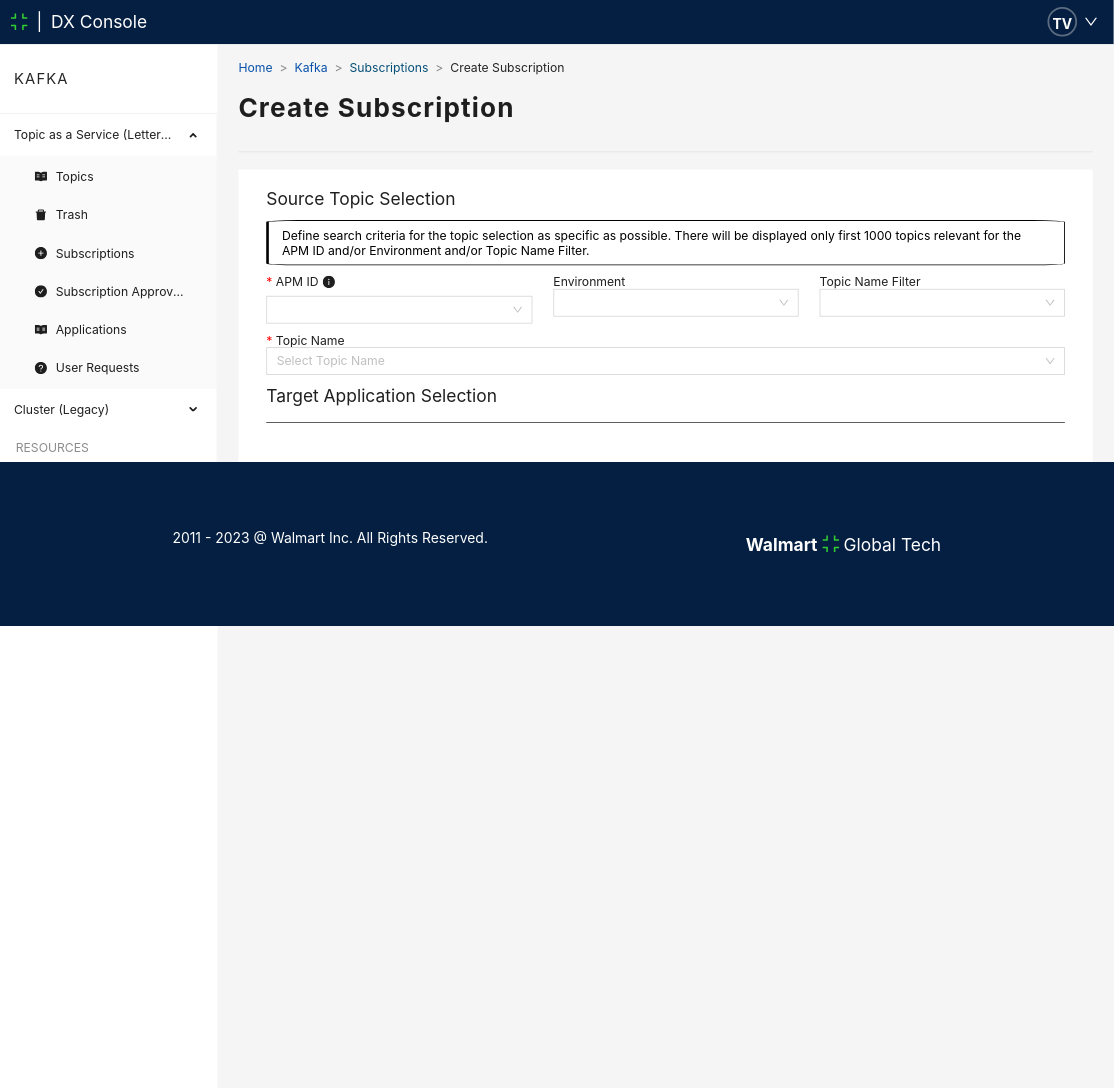
Repository: Qianying-Chai/kafka
Page: /kafka/subscriptions_active_tab=nonProxy/create-non-proxy
An editor plug-in stored every save of this project. The page is shown before and after the next save, followed by the edit.
The browser window is 1280 px wide. The pictures show the whole page, at 87% of full size.
The project was rebuilt for these pictures with package versions that can differ from the ones it lists, and the page was loaded fresh each time. Also part of the build but not shown: src/pages/Components/ComponentsTable.jsx, src/pages/Components/ComponentsInput.jsx, src/pages/Components/ComponentsPagination.jsx, src/pages/Taas/Topics/Topics.jsx, src/pages/Taas/Topics/CreateTopics/Form/DetailsForm.jsx, src/pages/Taas/Topics/CreateTopics/CreateTopic.jsx, src/pages/Taas/Trash/Style/Trash.css, src/pages/Taas/Trash/Trash.jsx and 12 more.

Above is the page before, as saved 2024-01-15 19:56:55.

### src/index.js
import React from "react";
import ReactDOM from "react-dom/client";
import App from "./App";
import { BrowserRouter } from "react-router-dom";
import { Provider } from "react-redux";
import store from "../src/redux/store";
import "./style/index.css";

const root = ReactDOM.createRoot(document.getElementById("root"));
root.render(
  <Provider store={store}>
    <BrowserRouter>
      <App />
    </BrowserRouter>
  </Provider>
);

### src/redux/store.jsx
import { configureStore } from "@reduxjs/toolkit";
import reducer from "./reducer";
const store = configureStore({ reducer: reducer });
export default store;

### src/pages/common/Header.jsx
import React from "react";
import "./Style/Header.css";
import { CompressOutlined, UpOutlined, DownOutlined } from "@ant-design/icons";
import { Layout } from "antd";
import { useState } from "react";
const Header = () => {
  const [login, setLogin] = useState(true);

  return (
    <Layout>
      <Layout.Header className="header">
        <div className="header-content-left">
          <CompressOutlined className="header-left-icon" />
          <span className="header-left-divider">|</span>
          <span className="header-left-dx-console">DX Console </span>
        </div>
        <div className="header-content-right">
          <div className="user">
            <div className="user-icon">TV</div>
            {login ? (
              <DownOutlined
                className="login-button"
                onClick={() => {
                  setLogin((state) => !state);
                }}
              />
            ) : (
              <UpOutlined
                className="logout-button"
                onClick={() => {
                  setLogin((state) => !state);
                }}
              />
            )}
          </div>
          <div
            className="logout-pop-up"
            style={{
              display: login ? "none" : "block",
            }}
          >
            LOGOUT
          </div>
        </div>
      </Layout.Header>
    </Layout>
  );
};
export default Header;

### src/pages/common/Sider.jsx
import React from "react";
import { Link } from "react-router-dom";
import "./Style/Sider.css";
import {
  ReadFilled,
  DeleteFilled,
  PlusCircleFilled,
  CheckCircleFilled,
  QuestionCircleFilled,
  HddFilled,
  SettingFilled,
} from "@ant-design/icons";
import { Layout, Menu, theme, ConfigProvider } from "antd";
import categoryConstants from "./categoryConstants";

const Sider = () => {
  const {
    token: { colorBgContainer },
  } = theme.useToken();

  const items = [
    {
      key: "Topic as a Service (Lettera)",
      label: "Topic as a Service (Lettera)",
      children: [
        {
          key: "Topics",
          label: (
            <Link to={`kafka/${categoryConstants.TOPICS.toLowerCase()}`}>
              {categoryConstants.TOPICS}
            </Link>
          ),
          icon: React.createElement(ReadFilled),
        },
        {
          key: "Trash",
          label: (
            <Link to={`kafka/${categoryConstants.TRASH.toLowerCase()}`}>
              {categoryConstants.TRASH}
            </Link>
          ),
          icon: React.createElement(DeleteFilled),
        },
        {
          key: "Subscriptions",
          label: (
            <Link
              to={`kafka/${categoryConstants.SUBSCRIPTIONS.toLowerCase()}_active_tab=nonProxy`}
            >
              {categoryConstants.SUBSCRIPTIONS}
            </Link>
          ),
          icon: React.createElement(PlusCircleFilled),
        },
        {
          key: "Subscription Approvals",
          label: (
            <Link to={`kafka/subscriptionRequests`}>
              {categoryConstants.SUBSCRIPTIONS_APPROVALS.replace("_", " ")}
            </Link>
          ),
          icon: React.createElement(CheckCircleFilled),
        },
        {
          key: "Applications",
          label: (
            <Link to={`kafka/${categoryConstants.APPLICATIONS.toLowerCase()}`}>
              {categoryConstants.APPLICATIONS}
            </Link>
          ),
          icon: React.createElement(ReadFilled),
        },
        {
          key: "User Requests",
          label: (
            <Link to={`kafka/requests`}>
              {categoryConstants.USER_REQUESTS.replace("_", " ")}
            </Link>
          ),
          icon: React.createElement(QuestionCircleFilled),
        },
      ],
    },
    {
      label: <div>Cluster (Legacy)</div>,
      key: "Cluster (Legacy)",
      children: [
        {
          key: "Clusters",
          label: (
            <Link to={`kafka/${categoryConstants.CLUSTERS.toLowerCase()}`}>
              {categoryConstants.CLUSTERS}
            </Link>
          ),
          icon: React.createElement(HddFilled),
        },
        {
          key: "Migrated Clusters",
          label: (
            <Link to={`kafka/migrated-clusters`}>
              {categoryConstants.MIGRATED_CLUSTERS.replace("_", " ")}
            </Link>
          ),
          icon: React.createElement(HddFilled),
        },
        {
          key: "Subscription",
          label: (
            <Link to={`kafka/mps-clusters-subscriptions`}>
              {categoryConstants.SUBSCRIPTION}
            </Link>
          ),
          icon: React.createElement(PlusCircleFilled),
        },
        {
          key: "User Requests (Legacy)",
          label: (
            <Link to={`kafka/legacy-requests`}>User Requests (Legacy)</Link>
          ),
          icon: React.createElement(QuestionCircleFilled),
        },
      ],
    },
    {
      label: <div>RESOURCES</div>,
      type: "group",
      key: "RESOURCES",
      children: [
        {
          key: "Supprot",
          label: (
            <Link to={`kafka/${categoryConstants.SUPPORT.toLowerCase()}`}>
              {categoryConstants.SUPPORT}
            </Link>
          ),
          icon: React.createElement(SettingFilled),
        },
      ],
    },
  ];

  return (
    <ConfigProvider
      theme={{
        components: {
          Menu: {
            itemHoverBg: "",
            itemHoverColor: "#1890ff",
            padding: 30,
          },
          Tabs: {
            inkBarColor: "rgb(4, 31, 65)",
          },
        },
      }}
    >
      <Layout.Sider
        className="sider"
        width={"250px"}
        style={{
          background: colorBgContainer,
        }}
      >
        <div className="slider-top">
          <span className="slider-top-content">KAFKA</span>
        </div>
        <div
          style={{
            marginLeft: "-12px",
          }}
        >
          <div></div>
          <Menu
            mode="inline"
            items={items}
            defaultOpenKeys={["Topic as a Service (Lettera)", "RESOURCES"]}
            style={{
              color: "#041f41",
            }}
          />
        </div>
      </Layout.Sider>
    </ConfigProvider>
  );
};
export default Sider;

### src/pages/common/categoryConstants.jsx
const categoryConstants = {
  TOPICS: "Topics",
  TRASH: "Trash",
  SUBSCRIPTIONS: "Subscriptions",
  SUBSCRIPTIONS_APPROVALS: "Subscription Approvals",
  APPLICATIONS: "Applications",
  USER_REQUESTS: "User Requests",
  CLUSTERS: "Clusters",
  MIGRATED_CLUSTERS: "Migrated Clusters",
  SUBSCRIPTION: "Subscription",
  USERE_REQUESTS_LEGACY: "User Requests (Legacy)",
  SUPPORT: "Support",
  CREATE_TOPIC: "Create Topic",
  CREATE_SUBSCRIPTION: "Create Subscription",
};

export default categoryConstants;

### src/pages/Taas/Subscriptions/SubscriptionsNonProxy/CreateSubscriptions/CreateSubscriptionsNonProxy.jsx
import React from "react";
import ComponentsBreadcrumb from "../../../../Components/ComponentsBreadcrumb";
import ComponentsContent from "../../../../Components/ComponentsContent";
import ComponentsDivider from "../../../../Components/ComponentsDivider";
import ComponentsTitle from "../../../../Components/ComponentsTitle";
import categoryConstants from "../../../../common/categoryConstants";
import SourceTopicFormNonProxy from "./Form/SourceTopicFormNonProxy";
import "../../Style/CreateSubscriptionNonproxy.css";
import { Typography } from "antd";
const { Title } = Typography;

const CreateSubscriptionsNonProxy = () => {
  return (
    <>
      <div>
        <ComponentsBreadcrumb
          items={[
            {
              title: "Home",
            },
            {
              title: "Kafka",
            },
            {
              title: categoryConstants.SUBSCRIPTIONS,
              href: `/kafka/${categoryConstants.SUBSCRIPTIONS.toLowerCase()}_active_tab=nonProxy`,
            },
            {
              title: categoryConstants.CREATE_SUBSCRIPTION,
            },
          ]}
        />
        <div className="content-banner">
          <ComponentsTitle title={categoryConstants.CREATE_SUBSCRIPTION} />
        </div>
      </div>
      <ComponentsContent>
        <Title level={4} style={{ fontWeight: "normal" }}>
          Source Topic Selection
        </Title>

        <div className="bordered-content">
          Define search criteria for the topic selection as specific as
          possible. There will be displayed only first 1000 topics relevant for
          the APM ID and/or Environment and/or Topic Name Filter.
        </div>
        <SourceTopicFormNonProxy />
        <Title level={4} style={{ fontWeight: "normal" }}>
          Target Application Selection
        </Title>
        {/* <TargetApplicationSelectionForm /> */}
        <ComponentsDivider />
        <div className="buttons-wrapper">
          {/* <CancelButton />
        <SubmitButton disabled /> */}
        </div>
      </ComponentsContent>
    </>
  );
};
export default CreateSubscriptionsNonProxy;

### src/pages/common/Footer.jsx
import React from "react";
import { Layout } from "antd";
import { CompressOutlined } from "@ant-design/icons";
import "./Style/Footer.css";

const Footer = () => {
  return (
    <Layout.Footer className="footer">
      <div className="footer-text-left">
        2011 - 2023 @ Walmart Inc. All Rights Reserved.
      </div>
      <div className="footer-text-right">
        <span className="footer-text-right-walmart">Walmart</span>
        <CompressOutlined className="footer-icon" />
        <span className="footer-text-right-global-tech">Global Tech</span>
      </div>
    </Layout.Footer>
  );
};

export default Footer;

### src/redux/reducer.jsx
import { SET_PATH_NAME, SET_SELECTED_TAAS_SUBSCRIPTIONS } from "./constants";
const initialState = {
  pathName: "",
  selectedTaasSubscriptions: "nonProxy",
};
const reducer = (state = initialState, action) => {
  const { type, payload } = action;
  switch (type) {
    case SET_PATH_NAME:
      return { ...state, pathName: payload };
    case SET_SELECTED_TAAS_SUBSCRIPTIONS:
      return { ...state, selectedTaasSubscriptions: payload };
    default:
      return state;
  }
};

export default reducer;

### src/pages/common/Style/Header.css
.header {
  justify-content: space-between;
  padding: 0 12px;
  background-color: rgb(4, 31, 65);
  height: 51px;
  line-height: 51px;
  color: #ffffff;
}

.header,
.user {
  display: flex;
}

.header-content-left {
  font-size: 20px;
}

.header-left-icon {
  color: #32cd32;
}

.header-left-divider {
  margin: 0 10px;
}

.header-content-right {
  font-weight: bolder;
  flex-direction: column;
  font-size: 1rem;
  width: 76px;
  padding-left: 12px;
}

.user {
  margin: 8px 0px;
}
.user-icon {
  height: 34px;
  line-height: 34px;
  width: 34px;
  border-radius: 50%;
  text-align: center;
}
.user-icon,
.logout-pop-up {
  border: 2px solid rgba(225, 225, 225, 0.4);
}

.login-button,
.logout-button {
  padding-left: 8px;
}

.logout-pop-up {
  transition: all 10s ease-out;
  width: 100px;
  height: 60px;
  line-height: 60px;
  position: absolute;
  right: 0px;
  z-index: 999;
  font-size: 15px;
  letter-spacing: 1pt;
  text-align: center;
  justify-content: center;
  color: rgb(94, 91, 91);
  box-shadow: 0px 0px 4px 4px rgba(176, 174, 174, 0.4);
}

### src/pages/common/Style/Sider.css
.sider {
  min-height: 1200px;
}

.slider-top {
  height: 80px;
  border-bottom: 1px solid rgb(239, 239, 239);
}
.slider-top-content {
  height: 100%;
  display: flex;
  align-items: center;
  margin-left: 16px;
  letter-spacing: 1pt;
  font-size: 17px;
  color: #000000d9;
}

### src/pages/Components/ComponentsContent.jsx
import React from "react";
import "../common/Style/Content.css";
import { Layout, theme } from "antd";

const ComponentsContent = (props) => {
  const {
    token: { colorBgContainer },
  } = theme.useToken();

  return (
    <div>
      <Layout.Content
        style={{
          padding: "20px 32px 32px",
          minHeight: 280,
          background: colorBgContainer,
        }}
        {...props}
      ></Layout.Content>
    </div>
  );
};
export default ComponentsContent;

### src/pages/Components/ComponentsBreadcrumb.jsx
import React from "react";
import { Breadcrumb, ConfigProvider } from "antd";

const ComponentsBreadcrumb = (props) => {
  return (
    <ConfigProvider
      theme={{
        components: {
          Breadcrumb: {
            lastItemColor: "#000000D9",
            linkColor: "#075179",
            itemColor: "#0751A9",
            linkHoverColor: "#F5F5F5",
          },
          token: {
            colorBgTextHover: "#F5F5F5",
          },
        },
      }}
    >
      <div>
        <Breadcrumb
          style={{
            margin: "16px 0",
          }}
          separator=">"
          items={props.items}
        ></Breadcrumb>
      </div>
    </ConfigProvider>
  );
};
export default ComponentsBreadcrumb;

### src/pages/Components/ComponentsTitle.jsx
import React from "react";
import { Typography, ConfigProvider } from "antd";
const { Title } = Typography;

const ComponentsTitle = (props) => {
  return (
    <>
      <ConfigProvider
        theme={{
          components: {
            token: {
              colorText: "#041E42",
            },
          },
        }}
      >
        <Title level={2} style={{ fontWeight: "bold" }}>
          {props.title}
        </Title>
      </ConfigProvider>
    </>
  );
};

export default ComponentsTitle;

### src/pages/Components/ComponentsDivider.jsx
import React from "react";
import { Divider, ConfigProvider } from "antd";
const ComponentsDivider = () => (
  <ConfigProvider
    theme={{
      token: {
        colorSplit: "rgba(0, 0, 0, 0.85)",
        marginLG: 16,
      },
    }}
  >
    {" "}
    <Divider />
  </ConfigProvider>
);
export default ComponentsDivider;

### src/pages/Taas/Topics/Style/CreateTopic.css
.buttons-wrapper {
  display: flex;
  justify-content: flex-end;
}

.cancel-button,
.submit-button {
  letter-spacing: 1pt;
}
.cancel-button {
  margin-right: 10px;
}

### src/pages/Taas/Subscriptions/SubscriptionsNonProxy/CreateSubscriptions/Form/SourceTopicFormNonProxy.jsx
import React, { useMemo, useState, useRef } from "react";
import debounce from "lodash/debounce";
import { Col, Row, ConfigProvider, Select, Spin } from "antd";
import SelectTitle from "../../../../../Components/SelectTitle";
const SourceTopicFormNonProxy = () => {
  function DebounceSelect({ fetchOptions, debounceTimeout = 800, ...props }) {
    const [fetching, setFetching] = useState(false);
    const [options, setOptions] = useState([]);
    const fetchRef = useRef(0);
    const debounceFetcher = useMemo(() => {
      const loadOptions = (value) => {
        fetchRef.current += 1;
        const fetchId = fetchRef.current;
        setOptions([]);
        setFetching(true);
        fetchOptions(value).then((newOptions) => {
          if (fetchId !== fetchRef.current) {
            // for fetch callback order
            return;
          }
          setOptions(newOptions);
          setFetching(false);
        });
      };
      return debounce(loadOptions, debounceTimeout);
    }, [fetchOptions, debounceTimeout]);
    return (
      <Select
        labelInValue
        filterOption={false}
        onSearch={debounceFetcher}
        notFoundContent={fetching ? <Spin size="small" /> : null}
        {...props}
        options={options}
      />
    );
  }

  const [value, setValue] = useState([]);

  async function fetchUserList(username) {
    console.log("fetching user", username);
    return fetch("https://randomuser.me/api/?results=5")
      .then((response) => response.json())
      .then((body) =>
        body.results.map((user) => ({
          label: `${user.name.first} ${user.name.last}`,
          value: user.login.username,
        }))
      );
  }
  const handleChange = (value) => {
    console.log(`selected ${value}`);
  };

  return (
    <ConfigProvider
      theme={{
        token: {
          borderRadius: 0,
        },
      }}
    >
      <Row style={{ display: "flex", flexFlow: "nowrap" }}>
        <Col
          span={8}
          style={{
            marginRight: "12px",
          }}
        >
          <SelectTitle title={"APM ID"} />
          <DebounceSelect
            className="select"
            mode="multiple"
            value={value}
            fetchOptions={fetchUserList}
            onChange={(newValue) => {
              setValue(newValue);
            }}
            style={{
              width: "100%",
              margin: "0 0 10px",
            }}
          />
        </Col>
        <Col
          span={8}
          style={{
            padding: "0 12px",
          }}
        >
          <div className="select-title">Environment</div>
          <DebounceSelect
            className="select"
            mode="multiple"
            value={value}
            fetchOptions={fetchUserList}
            onChange={(newValue) => {
              setValue(newValue);
            }}
          />
        </Col>
        <Col
          span={8}
          style={{
            padding: "0 12px",
          }}
        >
          <div className="select-title">Topic Name Filter</div>
          <Select
            mode="tags"
            className="select"
            onChange={handleChange}
            showSearch={false}
          />
        </Col>
      </Row>
      <Row>
        <Col
          span={24}
          style={{
            marginRight: "12px",
          }}
        >
          <div className="select-title">
            <span className="prefix">*</span>Topic Name
          </div>
          <DebounceSelect
            mode="multiple"
            value={value}
            placeholder="Select Topic Name"
            fetchOptions={fetchUserList}
            onChange={(newValue) => {
              setValue(newValue);
            }}
            className="select"
          />
        </Col>
      </Row>
    </ConfigProvider>
  );
};

export default SourceTopicFormNonProxy;

### src/pages/Taas/Subscriptions/Style/CreateSubscriptionNonproxy.css
.content-title {
  margin-bottom: 10px;
  font-size: 16px;
}

.bordered-content {
  border: 1px solid black;
  border-left: 3px solid black;
  padding: 8px 15px;
  margin: 10px 0px;
  border-radius: 4%;
  color: #000000;
}

### src/pages/common/Style/Footer.css
.footer {
  text-emphasis-style: center;
  background-color: #041f41;
  color: white;
  display: flex;
  justify-content: space-around;
  height: 189px;
  align-items: center;
  width: 100%;
  position: fixed;
  bottom: 0;
}

.footer-icon {
  font-size: 20px;
  color: #32cd32;
}

.footer-text-left {
  font-size: 16px;
  margin-bottom: 16px;
}

.footer-text-right {
  font-size: 20px;
}

.footer-text-right-walmart {
  font-weight: bold;
  padding-right: 5px;
}

.footer-text-right-global-tech {
  padding-left: 5px;
}

### src/redux/constants.jsx
const SET_PATH_NAME = "SET_PATH_NAME";
const SET_SELECTED_TAAS_SUBSCRIPTIONS = "SET_SELECTED_TAAS_SUBSCRIPTIONS";
export { SET_PATH_NAME };
export { SET_SELECTED_TAAS_SUBSCRIPTIONS };

### src/pages/common/Style/Content.css
.content-banner {
  height: 70px;
  display: flex;
  justify-content: space-between;
  background-color: #f5f5f5;
  color: #041e42;
  letter-spacing: 1pt;
  border-bottom: 1px solid rgba(167, 164, 164, 0.3);
  margin-bottom: 20px;
  padding-bottom: 15px;
}

.content-banner-button {
  background-color: #041f41;
  color: #ffffff;
}

.content-text {
  margin: 24px 0 20px;
}

### src/pages/Components/SelectTitle.jsx
import React from "react";
import "./Style/SelectTitle.css";
import { InfoCircleFilled } from "@ant-design/icons";
const SelectTitle = (props) => {
  return (
    <div className="Select-title-wrapper">
      <span className="prefix">*</span>
      <span className="Select-title">{props.title}</span>
      <InfoCircleFilled />
    </div>
  );
};

export default SelectTitle;

### src/pages/Taas/Topics/Style/DetailsForm.css
.select {
  margin: 0 0 10px;
  width: 100%;
}

### src/pages/Components/Style/SelectTitle.css
.prefix {
  color: red;
  margin-right: 4px;
}

.Select-title-wrapper {
  padding-bottom: 8px;
}

.Select-title {
  margin-right: 5px;
}

Loaded but not shown: public/index.html (common file); src/style/index.css (common file); src/App.js (103 lines, source omitted)

After the next save:
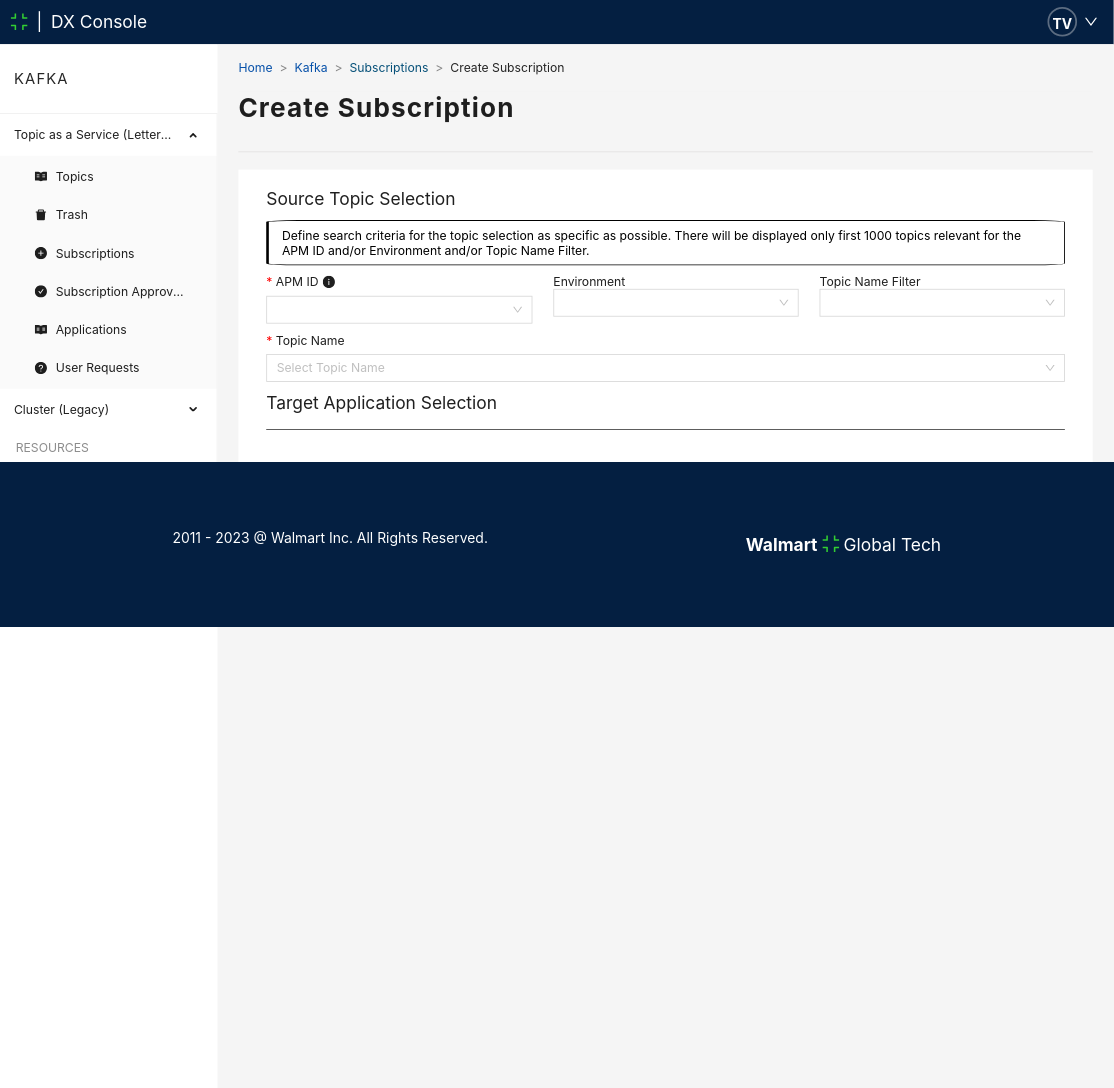
Saved 77 s later.
--- a/src/pages/Taas/Subscriptions/SubscriptionsNonProxy/CreateSubscriptions/Form/SourceTopicFormNonProxy.jsx
+++ b/src/pages/Taas/Subscriptions/SubscriptionsNonProxy/CreateSubscriptions/Form/SourceTopicFormNonProxy.jsx
@@ -122,7 +122,7 @@
             marginRight: "12px",
           }}
         >
-          <div className="select-title">
+          <div className="Select-title-wrapper">
             <span className="prefix">*</span>Topic Name
           </div>
           <DebounceSelect
